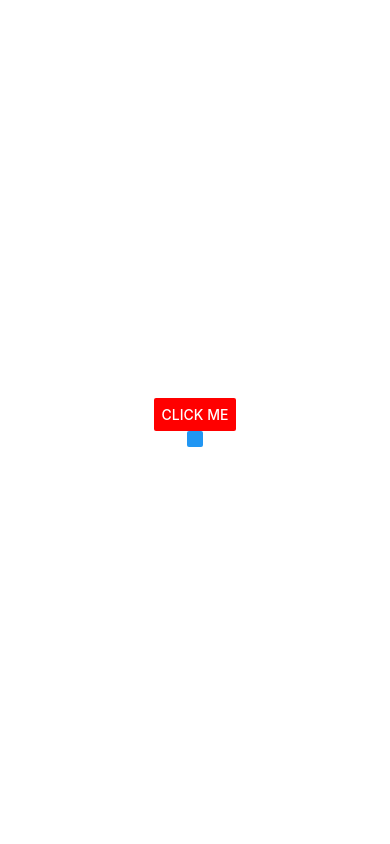
Repository: akinmiday/ReactNativeApp
Screen: /
An editor plug-in stored every save of this project. The screen is shown before and after a run of saves, followed by the edit.
The app was drawn by React Native's web renderer in a window 390 px wide. The project was rebuilt for these pictures with package versions that can differ from the ones it lists, and the page was loaded fresh each time. Some packages were replaced by stand-ins written for this rebuild.

Above is the screen before, as saved 2023-08-03 07:12:02.

After the next 2 saves:
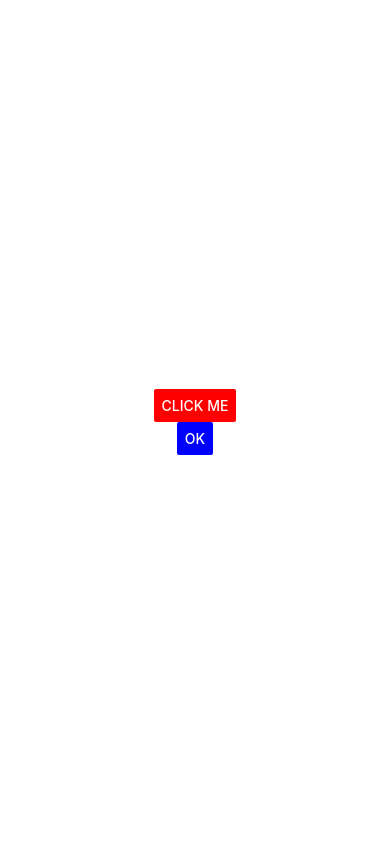
The 2 saves are shown as one change because 1 did not build or start.
The last was saved 68 s later.
--- a/App.js
+++ b/App.js
@@ -10,7 +10,7 @@ export default function App() {
         onPress={() => alert("welcome to react native")}
         disabled={false}
       ></Button>
-      <Button></Button>
+      <Button title="ok" color="blue" onPress={() => {}}></Button>
     </View>
   );
 }
